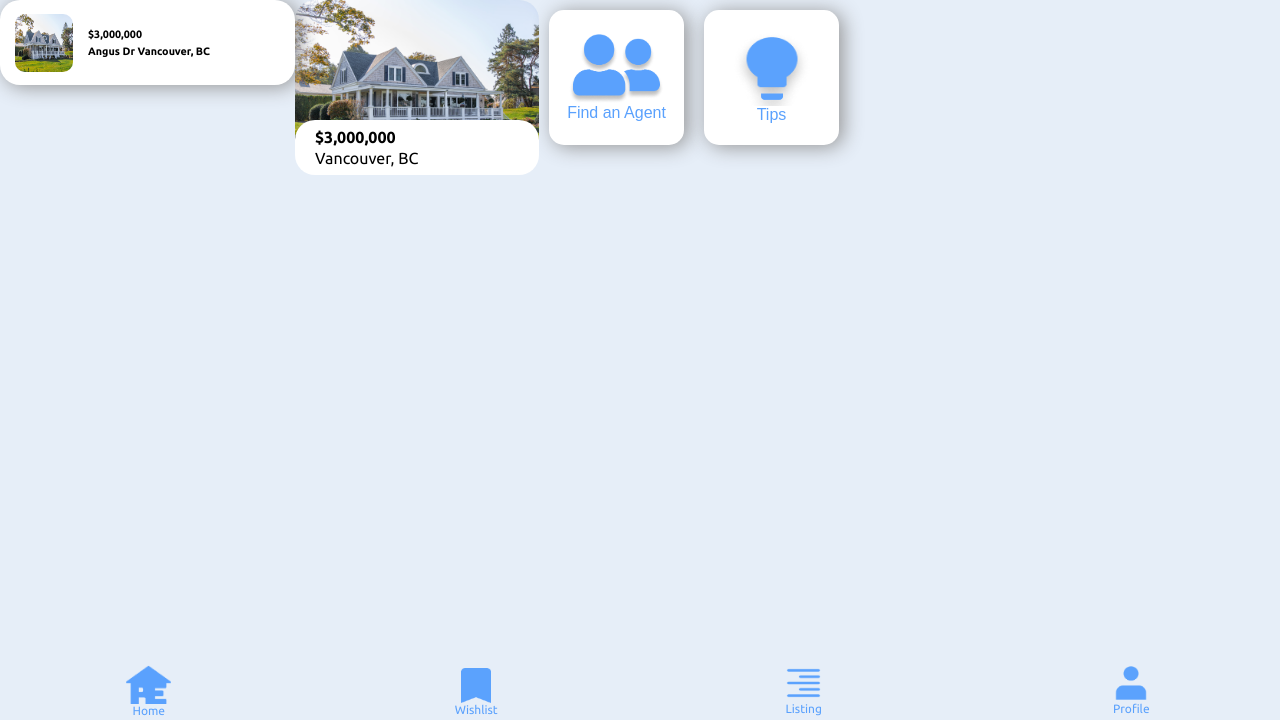
Repository: msyukurrr/realeasy
Page: /
The author's editor kept a copy of each file at every save. The page is drawn from the files as they stood at one save, then again after the next save.
The browser window is 1280 px wide. The pictures show the whole page.
The project was rebuilt for these pictures with package versions that can differ from the ones it lists, and the page was loaded fresh each time. The framework's server and built-in components were replaced by stand-ins that run in the browser. Also part of the build but not shown: next.config.js, components/CatButton.js.

Above is the page before, as saved 2023-01-27 19:59:01.

After the next save:
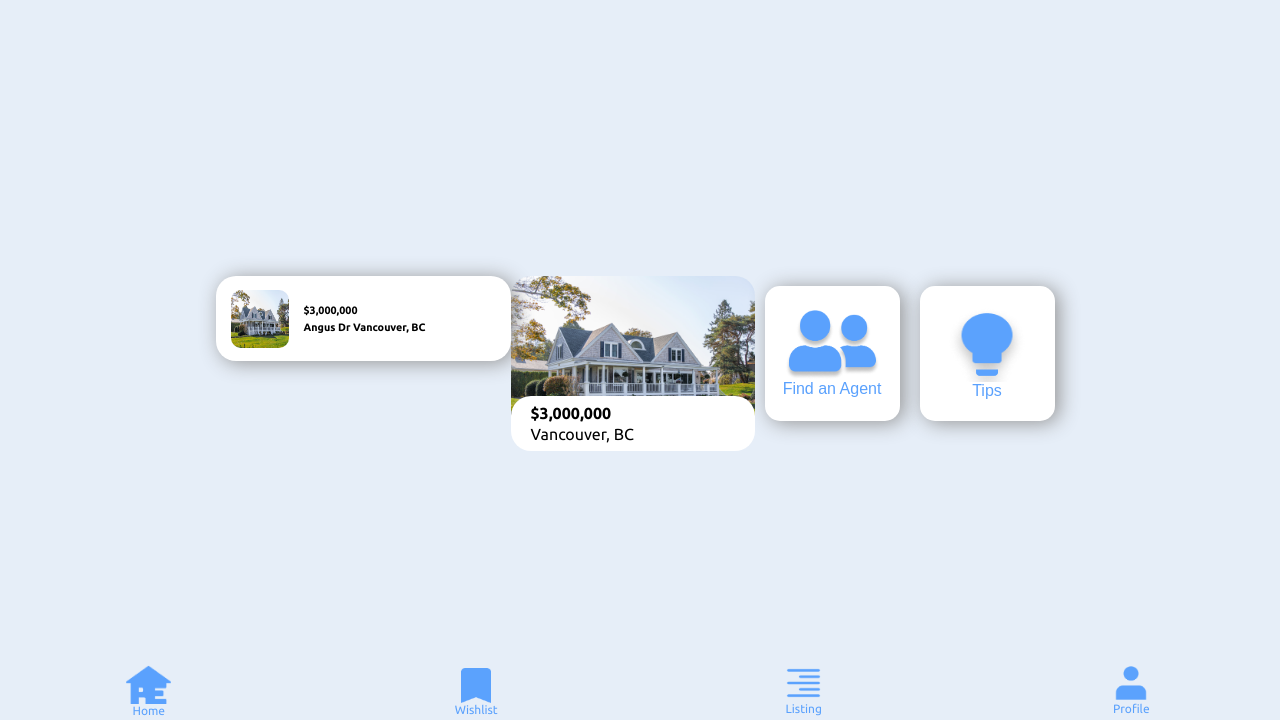
Saved 9 s later.
--- a/pages/index.js
+++ b/pages/index.js
@@ -23,7 +23,7 @@ export default function Home() {
         <link rel="icon" href="/favicon.ico" />
       </Head>
 
-      <main className={styles.mainHome}>
+      <main className={styles.main}>
 
       <div style={{display:'flex'}}>
         <FavCard />
